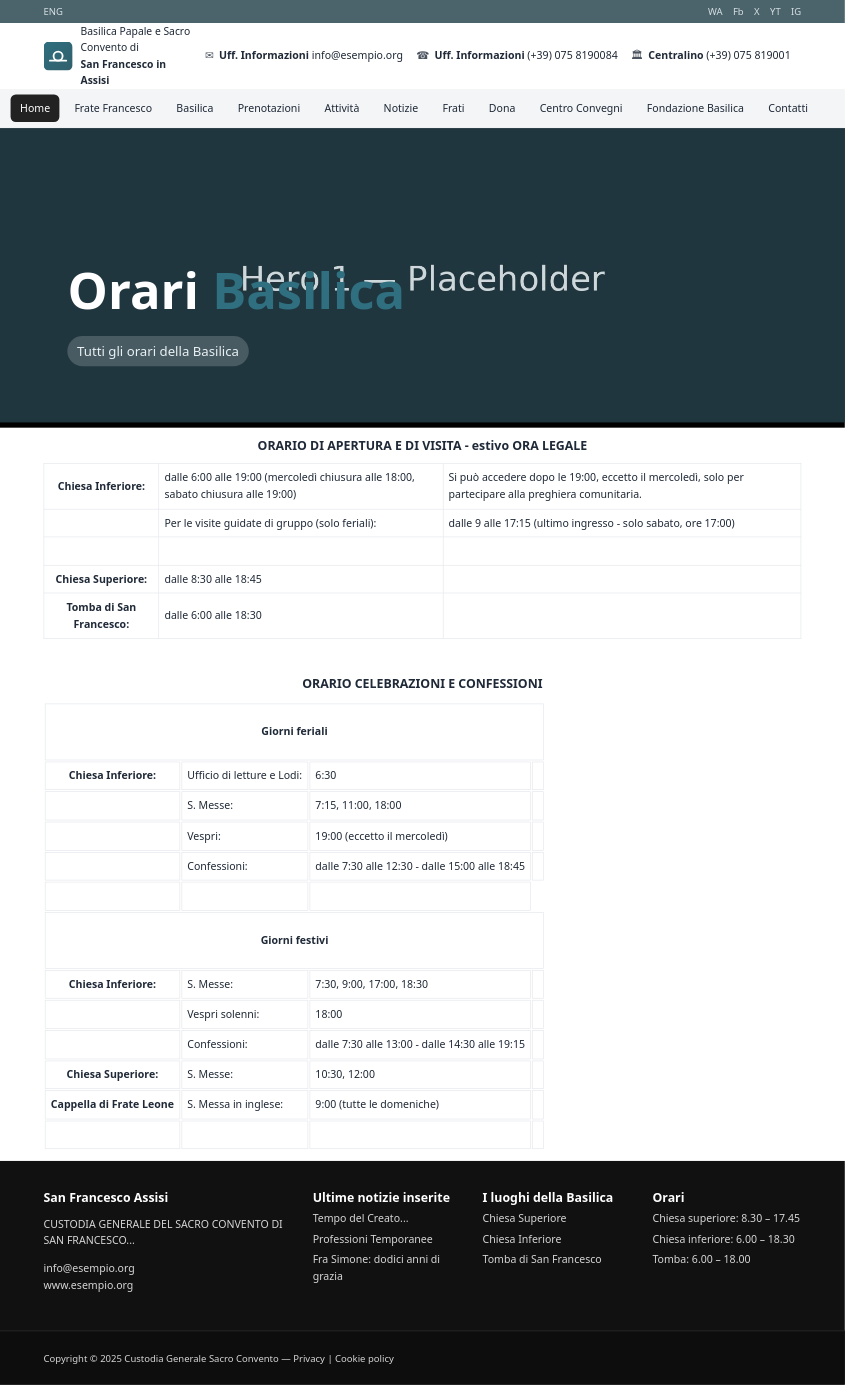
Repository: leacappello/basilica-platform-project
Page: pages/orari.html
An editor plug-in stored every save of this project. The page is shown before and after the next save, followed by the edit.
The browser window is 1280 px wide. The pictures show the whole page, at 66% of full size.

Above is the page before, as saved 2025-09-15 11:59:17.
Console error (its wording comes from the project's code and is left out).

After the next save:
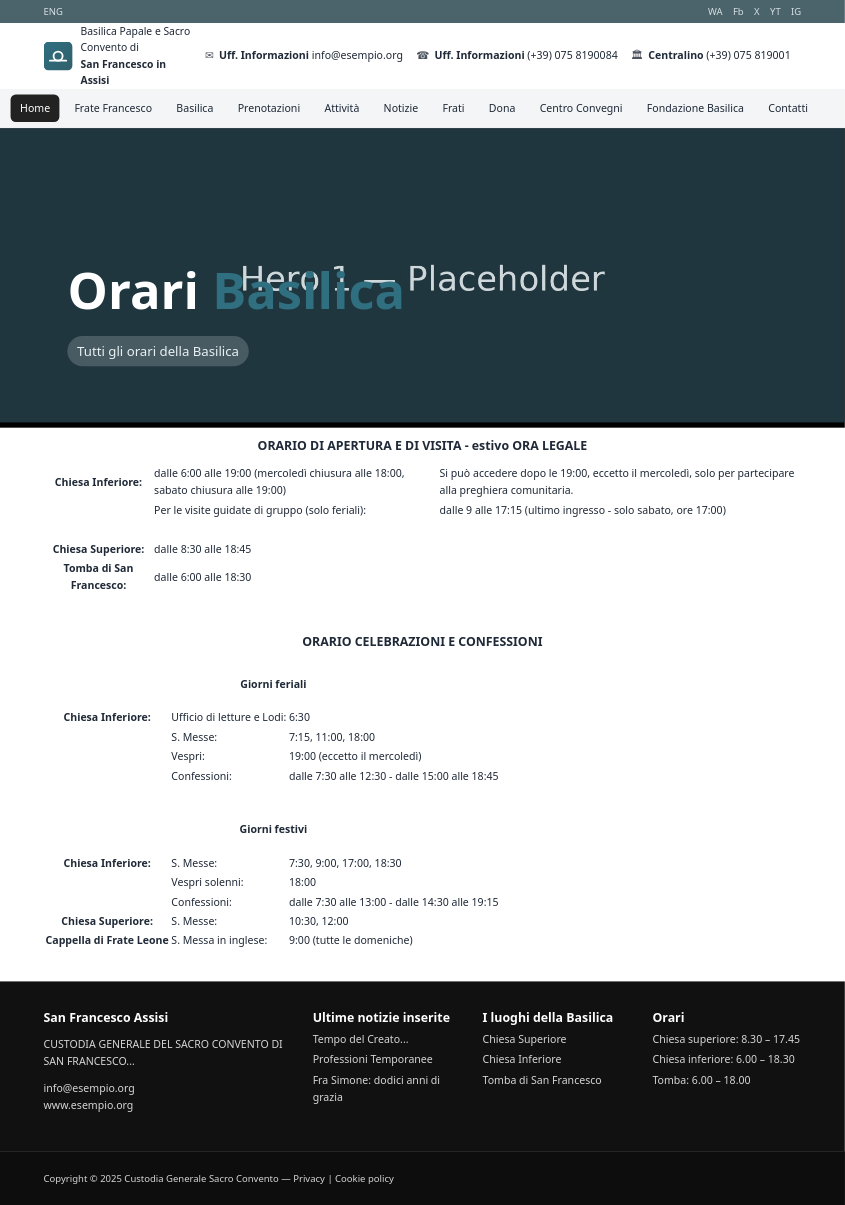
Saved 45 s later.
--- a/assets/styles.css
+++ b/assets/styles.css
@@ -212,10 +212,11 @@ a:hover{text-decoration:underline}
 .no-js .nav{display:block}
 
 /* ============== Tabella Orari ============== */
-.orari{
+.orari table{
   width:100%;
-  border-collapse:collapse
-}
-table th ,table td{padding:.5rem;border:1px solid var(--border)}
+  border-collapse:collapse;
+  padding:.5rem;
+  border:1px solid var(--border)
+}
 
 /* ============== Tabella Orari ============== */
